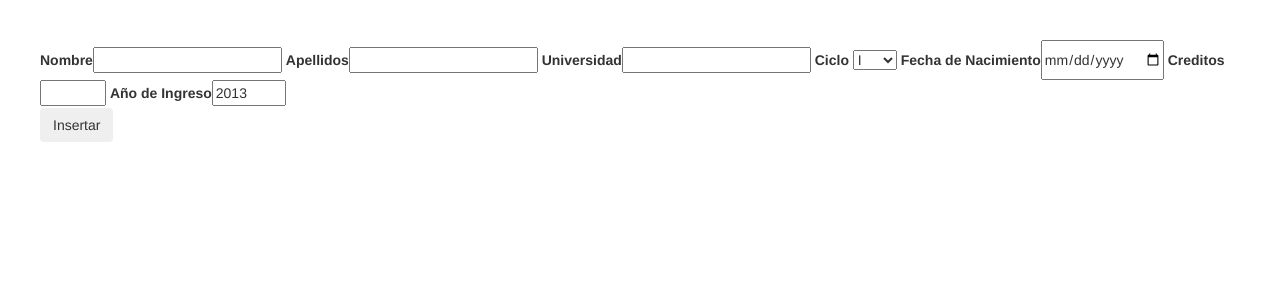
Repository: yoshitomimaehara/sdpa
Page: http://localhost/Sistema_de_Pruebas_Academicas/alumno_insertar.jsp
An editor plug-in stored every save of this project. The page is shown before and after the next save, followed by the edit.
The browser window is 1280 px wide. The pictures show the whole page.
The page is served by Tomcat 9. Other server files are loaded and not shown.

Above is the page before, as saved 2013-10-06 22:30:46.
Console error: TypeError: $(...).alert is not a function

### Web/Sistema de Pruebas Academicas/Sistema de Pruebas Academicas/WebContent/alumno_insertar.jsp
<%@ page language="java" contentType="text/html; charset=ISO-8859-1"
    pageEncoding="ISO-8859-1"%>
<%@ taglib prefix="c" uri="http://java.sun.com/jsp/jstl/core" %>
<!DOCTYPE html>
<html>
<head>
<title></title>
<link rel="stylesheet" type="text/css" href="css\styles.css"/>
<link rel="stylesheet" href="css\bootstrap.min.css">
<script src="js\jquery.js"></script>
<script src="js\scripts.js"></script>

</head>
<body>
	<form>
		<label>Nombre</label><input type="text" />
		<label>Apellidos</label><input type="text"/>
		<label>Universidad</label><input type="text"/>
		<label>Ciclo</label>
		<c:set var="ciclos" value="I,II,III,IV,V,VI,VII,VIII,IX,X,XI"></c:set>
		<select>
		<c:forTokens items="${ciclos}" delims="," var="ciclo">
		<option><c:out value="${ciclo}"></c:out></option>
		</c:forTokens>
		</select>
		<label>Fecha de Nacimiento</label><input type="date"/>
		<label>Creditos</label><input type="number" min="1" max="5" step="0.5"/>
		<label>Año de Ingreso</label><input type="number" min="2000" max="2013" value="2013"/>
		<br/>
		<input type="button" value="Insertar" class="btn"/>
	</form>
</body>
</html>

### Web/Sistema de Pruebas Academicas/Sistema de Pruebas Academicas/WebContent/css/styles.css
/*
Nombre:styles.css
Descripcion:Hoja de Estilos
Autores:Yoshitomi Maehara/Liliana Gonzales
Email:
*/
/* universal */
*{
}

/*etiquetas*/
body{
	padding:40px;
}

/* identificadores */
#ingresar{
	background-color: #5162F6;
	color:white;
}

#ingresar:hover{
	background-color: white;
	color:black;

}

#link_contrasenia{
	text-decoration:none;
}

#link_contrasenia:hover{
	text-decoration:none;
}

#academico{
	padding:10px;
	clear: none;
}

#academico:hover{
	display:block;
	padding:10px;
}

/* clases */
.cabecera_index{
  padding:0.8em;
  text-align:center;
  margin: 1em;
}

.login_index{
   border:solid 1px;
   -webkit-border-radius: 8px;
   -moz-border-radius: 8px;
   border-radius: 8px;

}

.alerta{

}

.pie_index{
	height:3em;
	padding:0.5em;
}

.menu_panel{

}
.menu_lista{
	list-style-type:none;
}

.menu_lista li{
	display:inline-block;
	padding:10px;
}

.imagen{
	padding:1em;
	height:30em;
	width:30em;
}

.contenedor{
	border:1px solid #A4A4A4;
	height:30em;
	-webkit-border-radius: 8px;
   	-moz-border-radius: 8px;
   	border-radius: 8px;
   	background-color:#F2F2F2;
}

.contenido_dentro{
	background-color:#F2F2F2;
	border:1px solid #A4A4A4;
	height:30em;
	-webkit-border-radius: 8px;
   	-moz-border-radius: 8px;
   	border-radius: 8px;
}

.menu_dentro{
	background-color:#F2F2F2;
	border:1px solid #A4A4A4;
	height:10em;
	-webkit-border-radius: 8px;
   	-moz-border-radius: 8px;
   	border-radius: 8px;
}

.formulario_adptado{
	padding:3em;
}

### Web/Sistema de Pruebas Academicas/Sistema de Pruebas Academicas/WebContent/js/scripts.js
/**
 * Nombre:script.js
 * Descripcion: Funciones JavaScript/JQuery
 * Autores:Yoshitomi Maehara/Liliana Gonzales
 * Email:
 */



$(document).ready(function(){
	$().alert();
});

$(function(){
	$('.accesos').click(function(e){
		e.preventDefault();
		$('#main').load($(this).attr('href'));
	});
});

$(function(){
	$('.enlaces').click(function(e){
		e.preventDefault();
		$('#contenido').load($(this).attr('href'));
	});
});

Loaded but not shown: Web/Sistema de Pruebas Academicas/Sistema de Pruebas Academicas/WebContent/css/bootstrap.min.css (library); Web/Sistema de Pruebas Academicas/Sistema de Pruebas Academicas/WebContent/js/jquery.js (library)

After the next save:
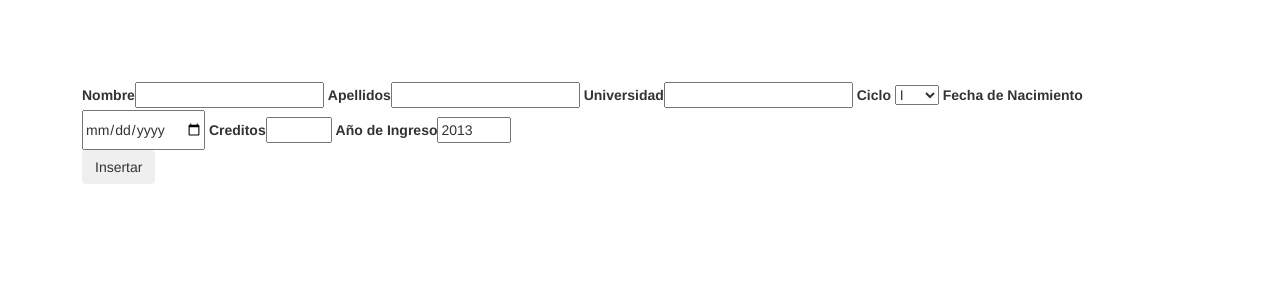
Saved 16 s later.
--- a/Web/Sistema de Pruebas Academicas/Sistema de Pruebas Academicas/WebContent/alumno_insertar.jsp
+++ b/Web/Sistema de Pruebas Academicas/Sistema de Pruebas Academicas/WebContent/alumno_insertar.jsp
@@ -12,7 +12,7 @@
 
 </head>
 <body>
-	<form>
+	<form class="formulario_adptado">
 		<label>Nombre</label><input type="text" />
 		<label>Apellidos</label><input type="text"/>
 		<label>Universidad</label><input type="text"/>
